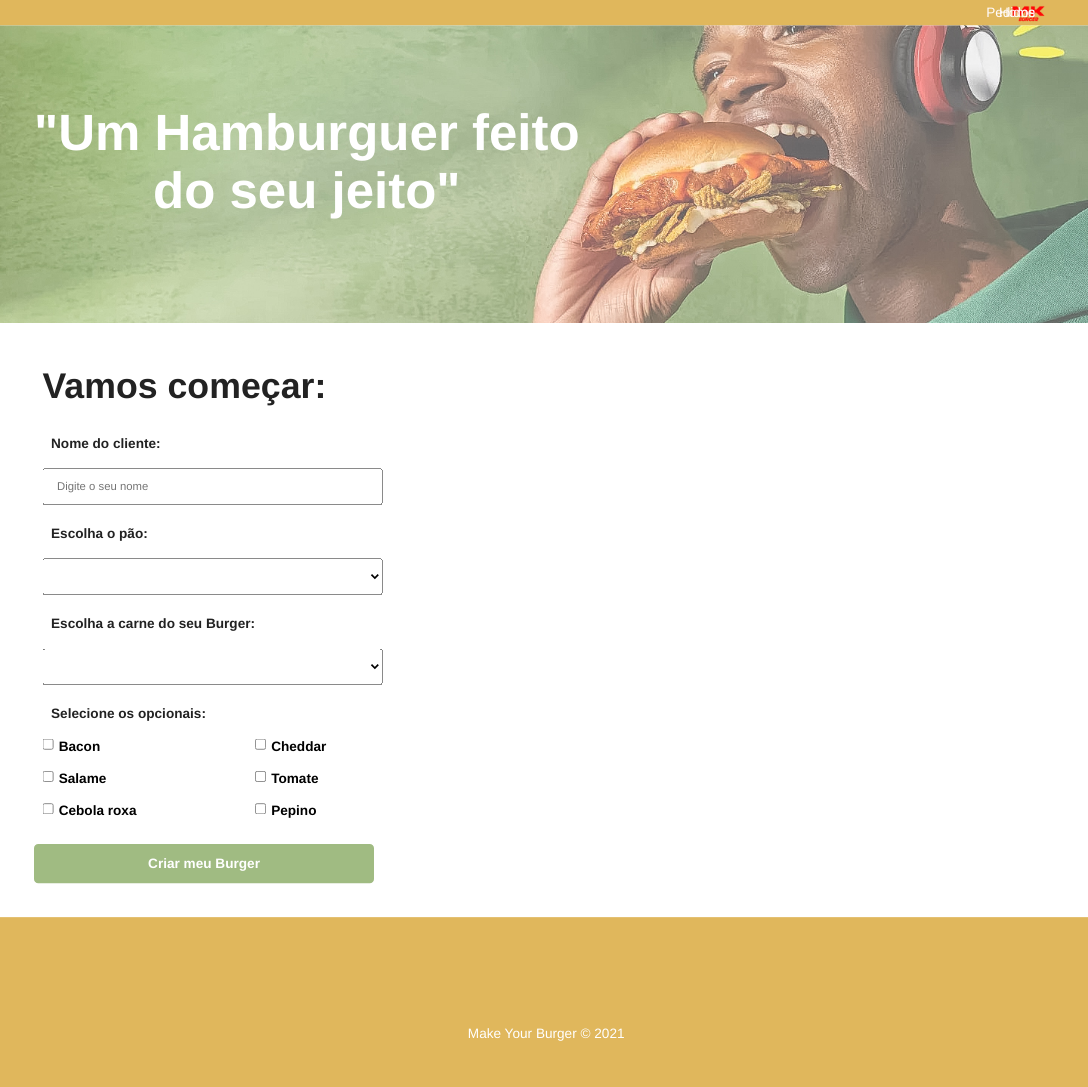
Repository: MarcoantonioCaldeira/Sistema-para-Hamburgueria
Page: /
These files come from the project's save history. The page is drawn as it stood at one moment and after the next save; the edit follows.
The browser window is 1280 px wide. The pictures show the whole page, at 85% of full size.
The project was rebuilt for these pictures with package versions that can differ from the ones it lists, and the page was loaded fresh each time. Requests to the local data server were answered from the project's data file. Also part of the build but not shown: vue.config.js.

Above is the page before, as saved 2022-11-02 17:50:46.

### src/App.vue
<template>
  <div>
    <Navbar :logo="logo_src" :alt="app_name"/>
    <div>
      <router-view></router-view>
    </div>
    <Footer />
  </div>
</template>

<script>
 import Navbar from './components/Navbar.vue';
 import Footer from './components/Footer.vue';

export default {
  data: function() {
    return{
      logo_src: "/img/logo.png",
      app_name: "Make Your Burger"
    }
  },
  components: {
    Navbar,
    Footer
  }
}
</script>

<style>
  * {
    font-family: Helvetica;
    padding: 0;
    margin: 0;
    box-sizing: border-box;
  }
  .main-container {
    margin: 50px;
    min-height: 250px;
  }
  h1 {
    font-size: 42px;
    margin-bottom: 30px;
    color: #222;
  }
</style>

### src/router/index.js
import { createRouter, createWebHistory } from 'vue-router'
import HomeView from '../views/Home.vue'

const routes = [
  {
    path: '/',
    name: 'home',
    component: HomeView
  },
  {
    path: '/pedidos',
    name: 'Pedidos',
    component: () => import(/* webpackChunkName: "pedidos" */ '../views/Pedidos.vue')
  }
]

const router = createRouter({
  history: createWebHistory(process.env.BASE_URL),
  routes
})

export default router

### src/components/Navbar.vue
<template>
    <div id="nav">
        <router-link to="/" id="logo-url">
            <img :src="logo" :alt="alt" id="logo">
        </router-link>
        <router-link to="/">Home</router-link>
        <router-link to="/pedidos">Pedidos</router-link>
    </div>
</template>

    <script>
    export default {
     name: 'Navbar',
     props: ["logo", "alt"]
    }
    </script>

    <style>
    #nav{
        background-color: rgb(224, 183, 92);
        padding: 15px 50px;
        display: flex;
        justify-content: flex-end;
        align-items: center;
      }

      #nav #logo-url{
        margin: auto;
        margin-left: 0;
      }

      #logo{
        width: 40px;
        height: 40px;
      }

      #nav a{
        color: #fffbfb;
        text-decoration:none;
        margin:12px;
        transition: .5s;
      }

      #nav a:hover{
        color:#fff;
      }
    </style>

### src/components/Footer/Footer.vue
<template>
    <div id="footer">
      <p>Make Your Burger &copy; 2021</p>
      <div id="Footer-info">
        <a>Quem somos</a>
        <a>Nossos Termos</a>
        <a>Entre em contato conosco</a>
      </div>
    </div>
  </template>

  <script>
  export default {
    name: "Footer"
  }
  </script>

  <style src="./style.scss"  lang="scss">

  </style>

### src/views/Home.vue
<template>
  <Banner />
  <div class="main-container">
    <h1>Vamos começar:</h1>
    <BurgerForm />
  </div>
</template>

<script>
import Banner from "../components/Banner.vue"
import BurgerForm from "../components/BurgerForm.vue"

export default{
  name: "Home",
  components: {
    Banner,
    BurgerForm
  }
}
</script>

### src/components/Footer/style.scss

p{
    position:absolute;
    margin-left: 43%;
    margin-top: 10%;
    display: inline;
  }

  a{
    position: absolute;
    margin-top: 10%;
    margin: 0 10px;
  }

  #Footer-info{
    height: 40px;
    margin-left: -53%;
  }

  #footer {
    height: 200px;
    background-color: rgb(224, 183, 92);
    color: #ffffff;
    bottom: 0;
    width: 100%;
  }

### src/components/Banner.vue
<template>
   <div id="main-banner">
    <h1>"Um Hamburguer feito <br> do seu jeito"</h1>
   </div>
</template>
<script>

export default{
    name: 'Banner'
}

</script>
<style>

#main-banner{
    background-image: url('/public/img/burger.jpg');
    background-position: 0 -250px;
    background-size: cover;
    height: 350px;
    display: flex;
    align-items: center;
    justify-content: flex-start;
}

#main-banner h1{
    color: #fff;
    text-align: center;
    font-size: 60px;
    padding: 20px 40px;
}
</style>

### src/components/BurgerForm.vue
<template>
    <Message :msg="msg" v-show="msg" />
    <div>
      <form id="burger-form" method="POST" @submit="createBurger">
        <div class="input-container">
          <label for="nome">Nome do cliente:</label>
          <input type="text" id="nome" name="nome" v-model="nome" placeholder="Digite o seu nome" required>
        </div>
        <div class="input-container">
          <label for="pao">Escolha o pão:</label>
          <select name="pao" id="pao" v-model="pao">
            <option value="">Selecione o seu pão</option>
            <option v-for="pao in paes" :key="pao.id" value="pao.tipo">{{ pao.tipo }}</option>
          </select>
        </div>
        <div class="input-container">
          <label for="carne">Escolha a carne do seu Burger:</label>
          <select name="carne" id="carne" v-model="carne">
            <option value="">Selecione o tipo de carne</option>
            <option v-for="carne in carnes" :key="carne.id" value="carne.tipo">{{ carne.tipo }}</option>
          </select>
        </div>
        <div id="opcionais-container" class="input-container">
          <label id="opcionais-title" for="opcionais">Selecione os opcionais:</label>
          <div class="checkbox-container" v-for="opcional in opcionaisdata" :key="opcional.id">
            <input type="checkbox" name="opcionais" v-model="opcionais" :value="opcional.tipo">
            <span>{{ opcional.tipo }}</span>
          </div>
        </div>
        <div class="input-container">
          <input class="submit-btn" type="submit" value="Criar meu Burger">
        </div>
      </form>
    </div>
  </template>

  <script>
  import Message from './Message'
  export default {
    name: "BurgerForm",
    data() {
      return {
        paes: null,
        carnes: null,
        opcionaisdata: null,
        nome: null,
        pao: null,
        carne: null,
        opcionais: [],
        status: "Solicitado",
        msg: null
      }
    },
    methods: {
      async getIngredientes() {
        const req = await fetch('http://localhost:3000/ingredientes');
        const data = await req.json();

        this.paes = data.paes;
        this.carnes = data.carnes;
        this.opcionaisdata = data.opcionais;
      },
      async createBurger(e) {

        e.preventDefault();

        const data = {
          nome: this.nome,
          carne: this.carne,
          pao: this.pao,
          opcionais: Array.from(this.opcionais),
          status: "Solicitado"
        }

        const dataJson = JSON.stringify(data);

        const req = await fetch('http://localhost:3000/burgers', {
          method: "POST",
          headers: { "Content-Type" : "application/json" },
          body: dataJson
        });
        const res = await req.json()
        console.log(res)
        this.msg = "Pedido realizado com sucesso!"
        // clear message
        setTimeout(() => this.msg = "", 3000)
        // limpar campos
        this.nome = ""
        this.carne = ""
        this.pao = ""
        this.opcionais = []

      }
    },
    mounted () {
      this.getIngredientes()
    },
    components: {
      Message
    }
  }
  </script>

  <style scoped>
  #burger-form {
    max-width: 500px;
  }
  .input-container {
    display: flex;
    flex-direction: column;
    margin-bottom: 20px;
  }
  label {
    font-weight: bold;
    margin-bottom: 15px;
    color: #222;;
    padding: 5px 10px;
  }
  input, select {
    padding: 12px 15px;
    width: 400px;
  }
  #opcionais-container {
    flex-direction: row;
    flex-wrap: wrap;
  }
  #opcionais-title {
    width: 100%;
  }
  .checkbox-container {
    display: flex;
    align-items: flex-start;
    width: 50%;
    margin-bottom: 20px;
  }
  .checkbox-container span,
  .checkbox-container input {
    width: auto;
  }
  .checkbox-container span {
    margin-left: 6px;
    font-weight: bold;
  }
  .submit-btn {
    background-color:#a0bb82;
    border-radius: 5px;
    color:white;
    font-weight: bold;
    border: 2px solid #a0bb82;
    padding: 15 15px;
    font-size: 16px;
    margin: -2%;
    cursor: pointer;
    transition: .5s;
  }
  .submit-btn:hover {
    background-color: transparent;
    color: #222;
  }
</style>

### src/components/Message.vue
<template>
    <div class="message-container">
        <p>{{ msg }}</p>
    </div>
</template>

<script>
export default {
    name: "Message",
    props: {
        msg: String
    }
}
</script>

<style>

.message-container{
    color: #004085;
    background-color: #deeeff;
    border: 2px solid #deeeff;
    border-radius: 5px;
    padding: 10px;
    max-width: 400px;
    margin: 30px auto;
}
</style>

### db/db.json
{
  "ingredientes": {
    "paes": [
      {
        "id": 1,
        "tipo": "Italiano Branco"
      },
      {
        "id": 2,
        "tipo": "3 Queijos"
      },
      {
        "id": 3,
        "tipo": "Parmesão e Orégano"
      },
      {
        "id": 4,
        "tipo": "Integral"
      }
    ],
    "carnes": [
      {
        "id": 1,
        "tipo": "Maminha"
      },
      {
        "id": 2,
        "tipo": "Alcatra"
      },
      {
        "id": 3,
        "tipo": "Picanha"
      },
      {
        "id": 4,
        "tipo": "Veggie burger"
      }
    ],
    "molhos-opcionais": [
      {
        "id": 1,
        "tipo": "Tomate"
      },
      {
        "id": 2,
        "tipo": "Creme de Alho"
      },
      {
        "id": 3,
        "tipo": "Vinagre com tomate"
      },
      {
        "id": 4,
        "tipo": "Pimenta mexicana"
      }
    ],
    "opcionais": [
      {
        "id": 1,
        "tipo": "Bacon"
      },
      {
        "id": 2,
        "tipo": "Cheddar"
      },
      {
        "id": 3,
        "tipo": "Salame"
      },
      {
        "id": 4,
        "tipo": "Tomate"
      },
      {
        "id": 4,
        "tipo": "Cebola roxa"
      },
      {
        "id": 4,
        "tipo": "Pepino"
      }
    ]
  },
  "status": [
    {
      "id": 1,
      "tipo": "Solicitado"
    },
    {
      "id": 2,
      "tipo": "Em produção"
    },
    {
      "id": 3,
      "tipo": "Finalizado"
    }
  ],
  "burgers": [
    {
      "nome": "Marco ",
      "carne": "carne.tipo",
      "pao": "pao.tipo",
      "opcionais": [
        "Tomate",
        "Bacon",
        "Salame"
      ],
      "status": "Solicitado",
      "id": 1
    }
  ]
}

Loaded but not shown: public/index.html (common file); src/main.js (common file)

After the next save:
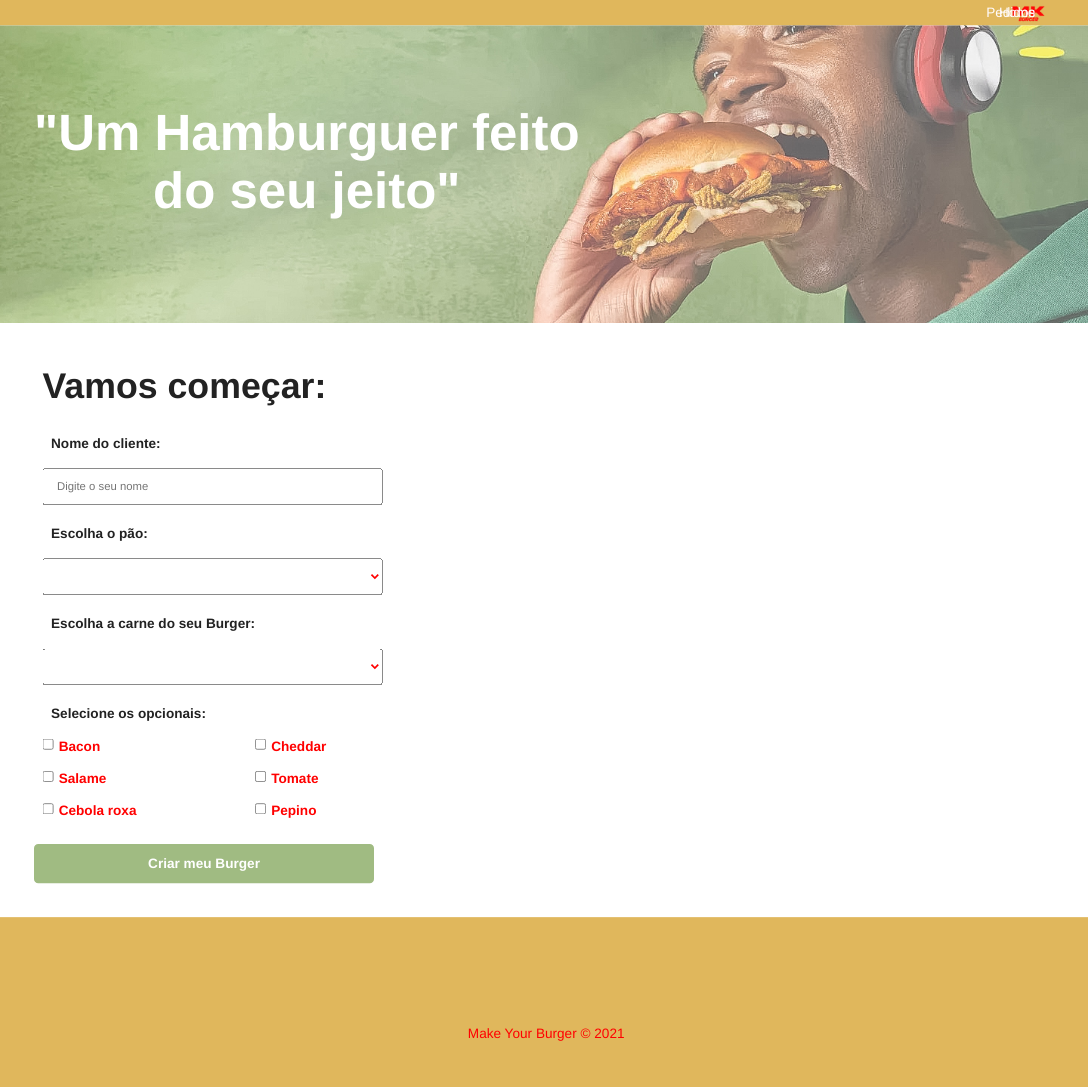
Saved 12 min 51 s later.
--- a/src/App.vue
+++ b/src/App.vue
@@ -29,6 +29,7 @@ export default {
 <style>
   * {
     font-family: Helvetica;
+    color: red;
     padding: 0;
     margin: 0;
     box-sizing: border-box;
